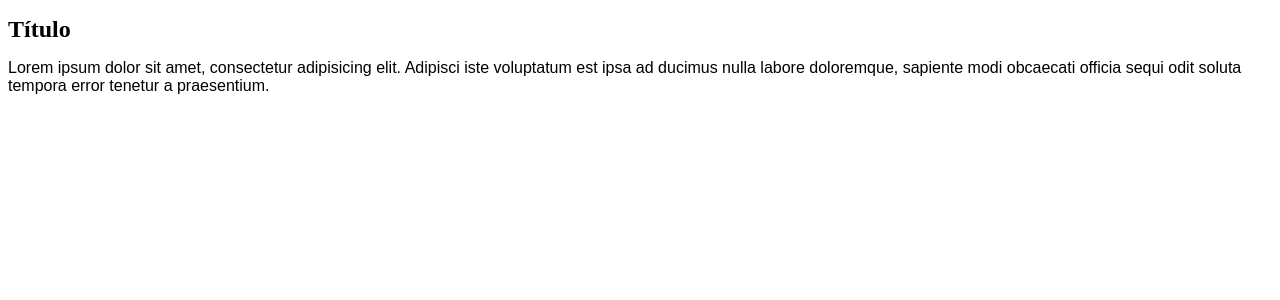
Repository: Iamjordana/html-css
Page: Html Css/Exercicios/ex018/index.html
An editor plug-in stored every save of this project. The page is shown before and after the next save, followed by the edit.
The browser window is 1280 px wide. The pictures show the whole page.
Some web fonts or font styles are not loaded; a fallback is used.

Above is the page before, as saved 2025-01-28 18:04:59.

After the next save:
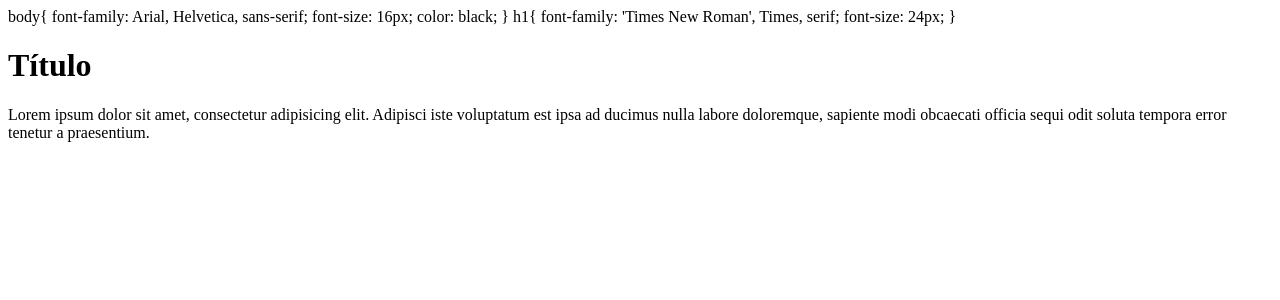
Saved 4 min 1 s later.
--- a/Html Css/Exercicios/ex018/index.html
+++ b/Html Css/Exercicios/ex018/index.html
@@ -5,6 +5,8 @@
     <meta name="viewport" content="width=device-width, initial-scale=1.0">
     <title>Fontes com Google Fonts</title>
     <style>
+        @import url('https://fonts.googleapis.com/css2?family=Playwrite+IN:wght@100..400&display=swap');
+</style>
         body{
             font-family: Arial, Helvetica, sans-serif;
             font-size: 16px;

After the save that followed:
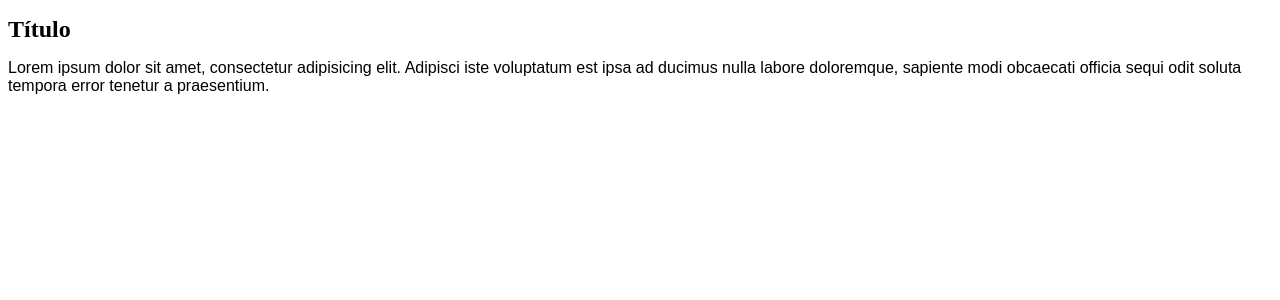
Saved 6 s later.
--- a/Html Css/Exercicios/ex018/index.html
+++ b/Html Css/Exercicios/ex018/index.html
@@ -5,8 +5,7 @@
     <meta name="viewport" content="width=device-width, initial-scale=1.0">
     <title>Fontes com Google Fonts</title>
     <style>
-        @import url('https://fonts.googleapis.com/css2?family=Playwrite+IN:wght@100..400&display=swap');
-</style>
+
         body{
             font-family: Arial, Helvetica, sans-serif;
             font-size: 16px;
